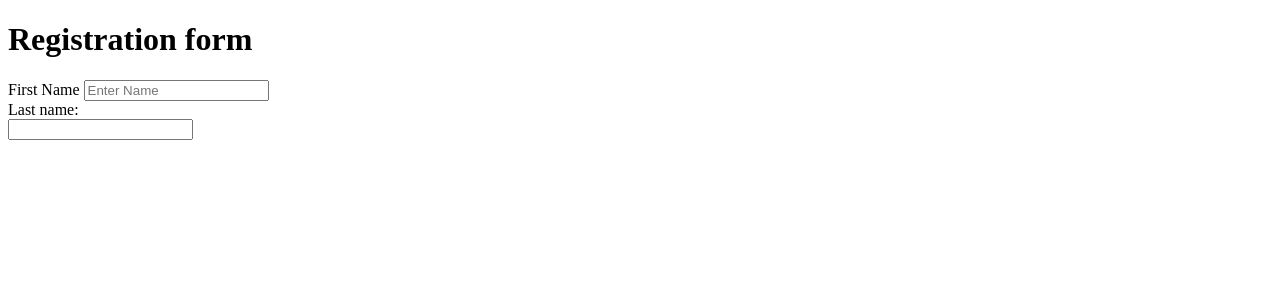
Repository: yuktavyas14/vscode
Page: index.html
The author's editor kept a copy of each file at every save. The page is drawn from the files as they stood at one save, then again after the next save.
The browser window is 1280 px wide. The pictures show the whole page.

Above is the page before, as saved 2021-06-08 15:39:58.

### index.html
<!DOCTYPE html>
<html lang="en">
<head>
    <meta charset="UTF-8">
    <meta http-equiv="X-UA-Compatible" content="IE=edge">
    <meta name="viewport" content="width=device-width, initial-scale=1.0">
    <title>Form</title>
    <link rel="stylesheet" href="style.css">
</head>
<body>
    <h1>Registration form</h1>
    <form>
        <label for="fname">First Name</label>
        <input type="text" placeholder="Enter Name" required ><br>
        <label for="lname">Last name:</label><br>
  <input type="text" id="lname" name="lname" ><br><br>
    </form>
</body>
</html>

Loaded but not shown: style.css (no stored copy; drawn as an empty file)

After the next save:
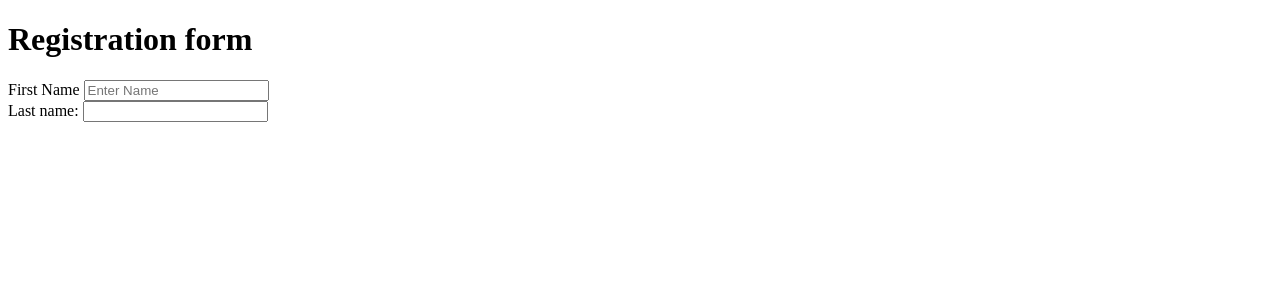
Saved 15 s later.
--- a/index.html
+++ b/index.html
@@ -12,7 +12,7 @@
     <form>
         <label for="fname">First Name</label>
         <input type="text" placeholder="Enter Name" required ><br>
-        <label for="lname">Last name:</label><br>
+        <label for="lname">Last name:</label>
   <input type="text" id="lname" name="lname" ><br><br>
     </form>
 </body>
